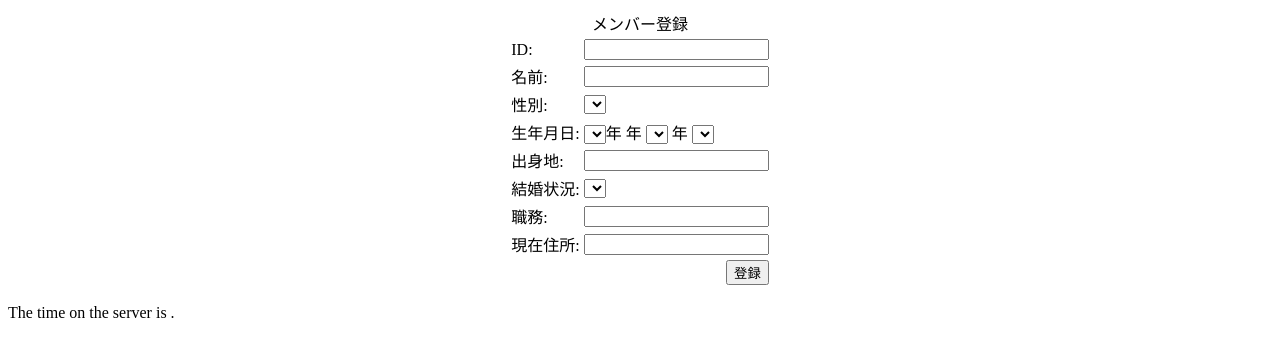
Repository: nguyenvantandev/WebApp
Page: http://localhost/CreateMember/WEB-INF/views/memberform.jsp
An editor plug-in stored every save of this project. The page is shown before and after the next save, followed by the edit.
The browser window is 1280 px wide. The pictures show the whole page.
The page is served by Tomcat 9. Nobody is signed in. Other server files are loaded and not shown. The template is opened directly, without the code that normally fills it, so the values that code supplies are empty.

Above is the page before, as saved 2016-06-27 08:53:53.

### CreateMember/src/main/webapp/WEB-INF/views/memberform.jsp
<%@ page language="java" contentType="text/html; charset=UTF-8"
	pageEncoding="UTF-8"%>
<%@ taglib prefix="form" uri="http://www.springframework.org/tags/form"%>
<!DOCTYPE html PUBLIC "-//W3C//DTD HTML 4.01 Transitional//EN"
    "http://www.w3.org/TR/html4/loose.dtd">
<html>
<head>
<meta http-equiv="Content-Type" content="text/html; charset=UTF-8" />
<title>メンバー登録</title>
</head>
<body>
	<form:form action="" method="POST" commandName="memberVal">
		<div align="center">
			<table border="0">
				<tr>
					<td colspan="2" align="center">メンバー登録</td>
				</tr>

				<tr>
					<td>ID:</td>
					<td><form:input path="memeber_id"/></td>
				</tr>

				<tr>
					<td>名前:</td>
					<td><form:input path="member_name"/></td>
				</tr>

				<tr>
					<td>性別:</td>
					<td><form:select path="sex" items="${sexlist}"></form:select></td>
				</tr>
				<tr>
					<td>生年月日:</td>
					<td><form:select path="year" items="${yearlist}"></form:select><label>年</label>
						<label>年</label>
					<form:select path="month" items="${monthlist}"></form:select> <label>年</label>
					<form:select path="day" items="${daylist}"></form:select></td>
				</tr>
				<tr>
					<td>出身地:</td>
					<td><form:input path="birthplace"/></td>
				</tr>
				<tr>
					<td>結婚状況:</td>
					<td><form:select path="mari" items="${maristatus}"></form:select></td>
				</tr>
				<tr>
					<td>職務:</td>
					<td><form:input path="employee"/></td>
				</tr>
				<tr>
					<td>現在住所:</td>
					<td><form:input path="persent_address"/></td>
				</tr>
				<tr>

					<td colspan="2" align="right"><input type="submit" id="add"
						name="add" value="登録"></td>
				</tr>

			</table>
		</div>
	</form:form>
	<P>The time on the server is ${serverTime}.</P>
</body>
</html>

After the next save:
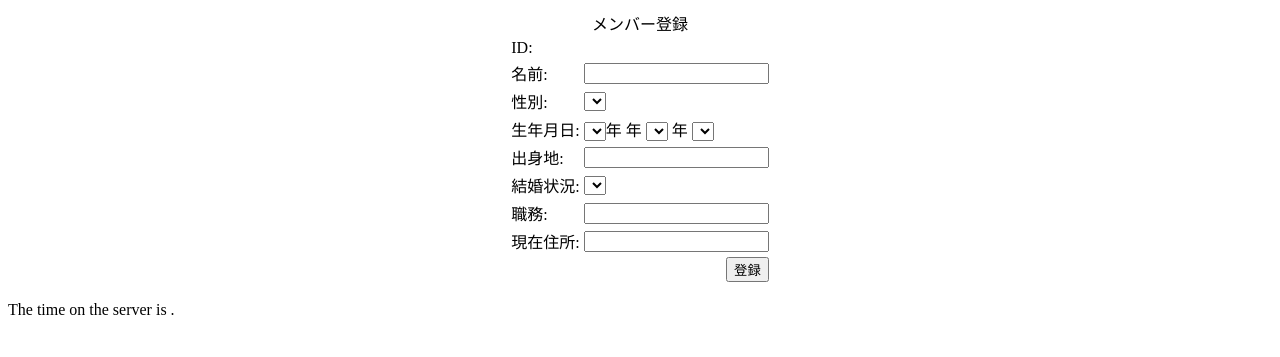
Saved 62 s later.
--- a/CreateMember/src/main/webapp/WEB-INF/views/memberform.jsp
+++ b/CreateMember/src/main/webapp/WEB-INF/views/memberform.jsp
@@ -18,7 +18,7 @@
 
 				<tr>
 					<td>ID:</td>
-					<td><form:input path="memeber_id"/></td>
+					<td></td>
 				</tr>
 
 				<tr>

After the save that followed:
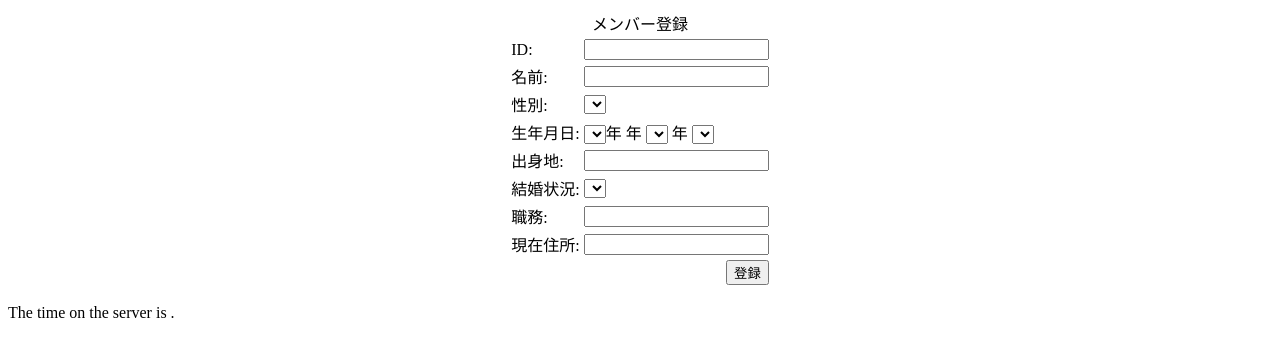
Saved 32 s later.
--- a/CreateMember/src/main/webapp/WEB-INF/views/memberform.jsp
+++ b/CreateMember/src/main/webapp/WEB-INF/views/memberform.jsp
@@ -18,7 +18,7 @@
 
 				<tr>
 					<td>ID:</td>
-					<td></td>
+					<td><form:input path="memeber_id"/></td>
 				</tr>
 
 				<tr>
